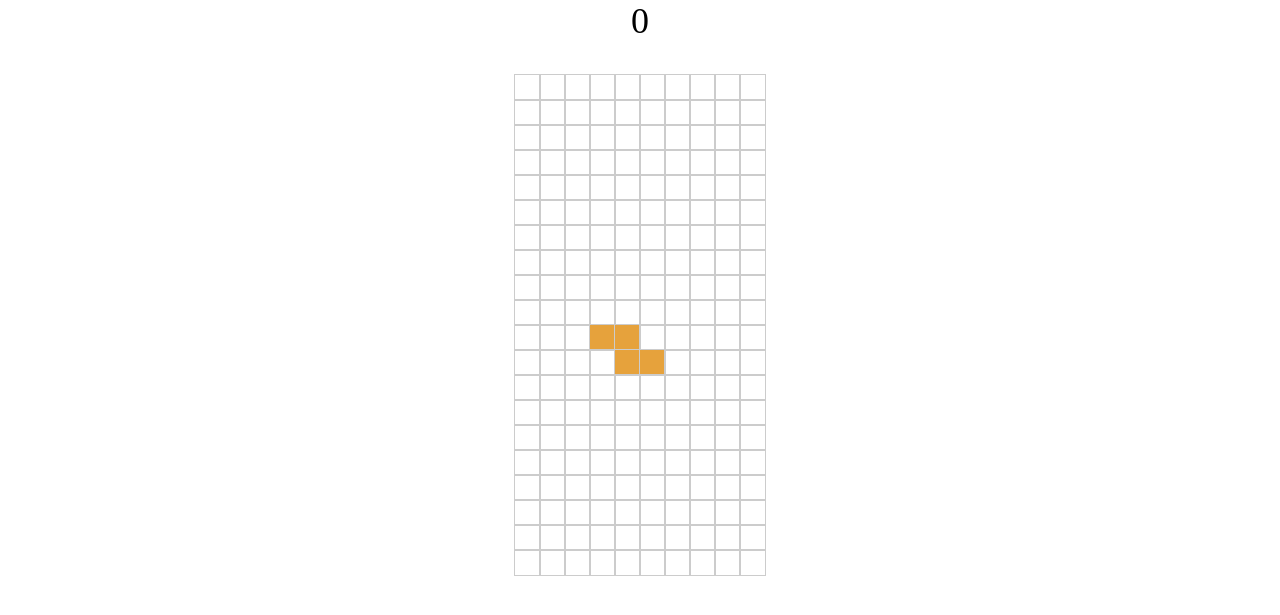
Repository: chlwpdnswku/tetris
Page: index.html
An editor plug-in stored every save of this project. The page is shown before and after the next save, followed by the edit.
The browser window is 1280 px wide. The pictures show the whole page.

Above is the page before, as saved 2022-12-14 00:14:13.

After the next save:
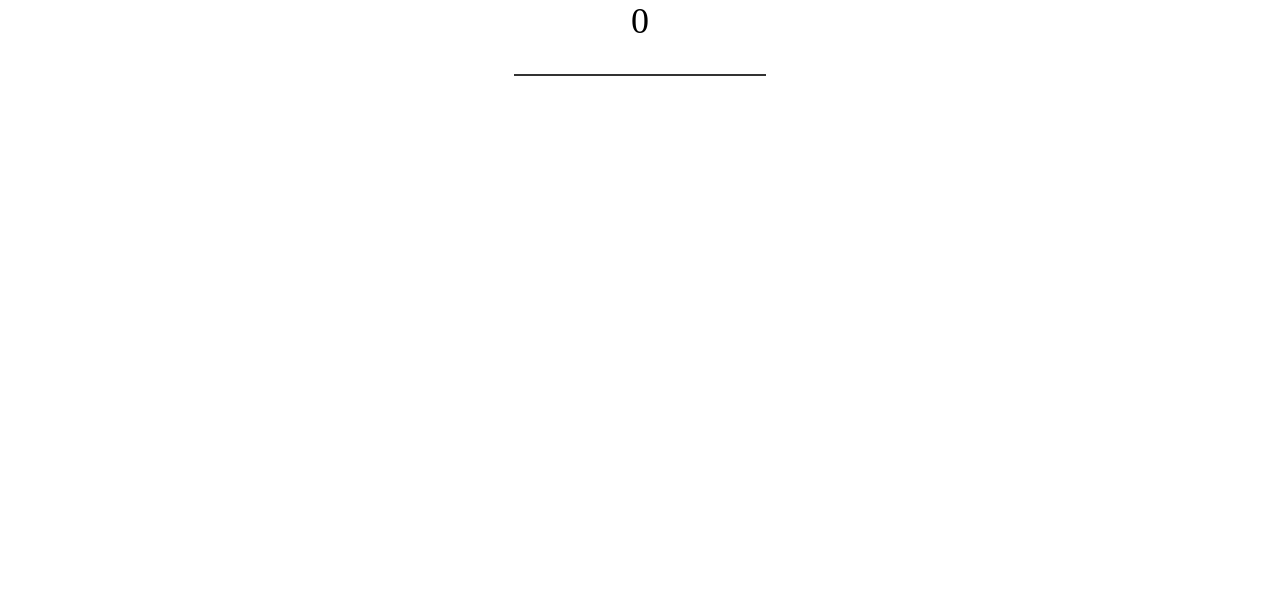
Console error: SyntaxError: Unexpected token '}'
Saved 21 s later.
--- a/script.js
+++ b/script.js
@@ -205,7 +205,9 @@
     moveBlock('top', 1);
   }, 10);
 }
-function showGameoverText() {}
+function showGameoverText() {
+  gameText.getElementsByClassName.
+}
 // 이벤트 핸들링 키를 움직이면 이벤트 객체가 생김 keyCode를 이용해서 각각의 함수를 실행을 시킬거임
 document.addEventListener('keydown', (e) => {
   switch (e.keyCode) {

After the save that followed:
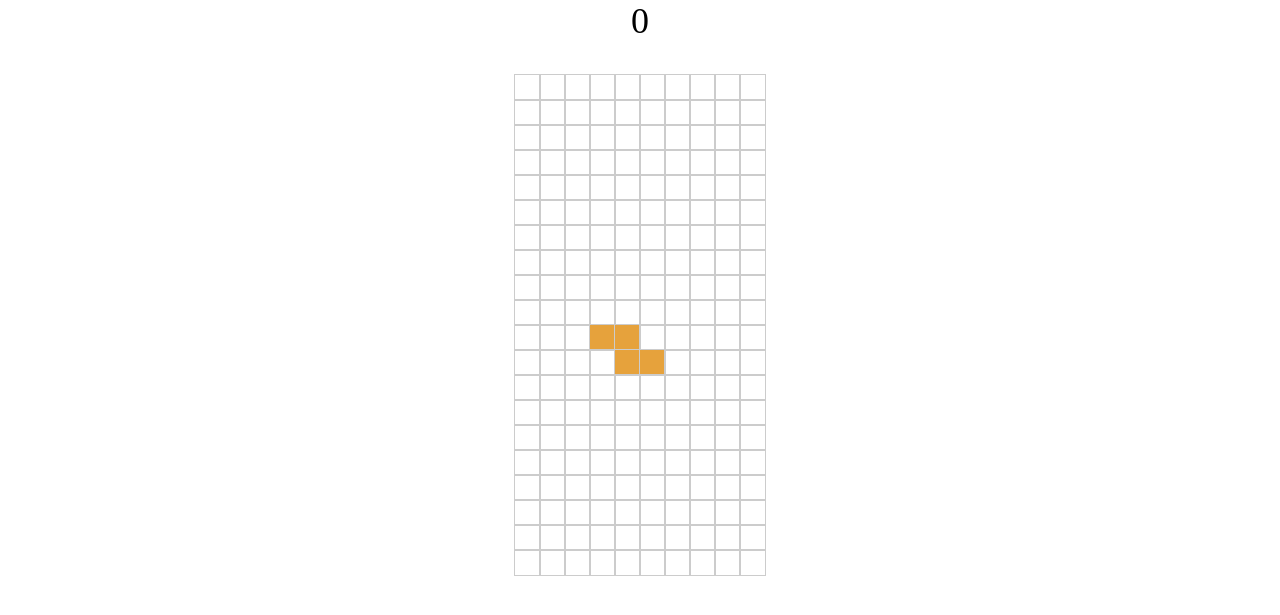
The error is gone.
Saved 15 s later.
--- a/script.js
+++ b/script.js
@@ -206,7 +206,7 @@
   }, 10);
 }
 function showGameoverText() {
-  gameText.getElementsByClassName.
+  gameText.style.display;
 }
 // 이벤트 핸들링 키를 움직이면 이벤트 객체가 생김 keyCode를 이용해서 각각의 함수를 실행을 시킬거임
 document.addEventListener('keydown', (e) => {
